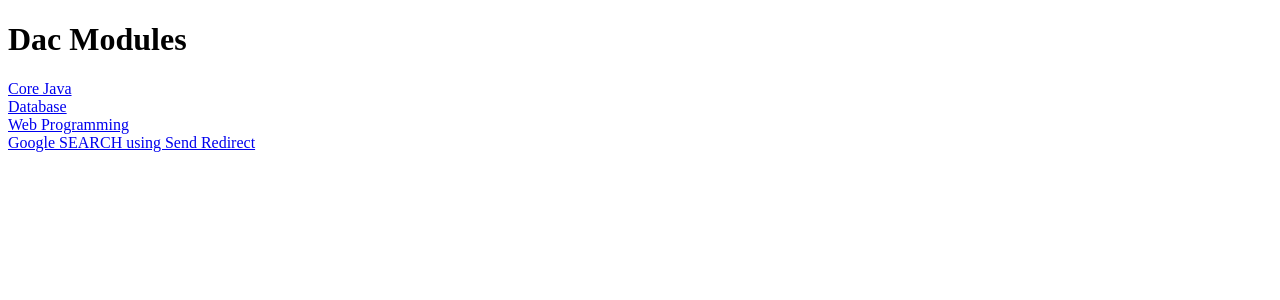
Repository: abhinavkumarlko/eclipse-workspace-AdvJava
Page: MyWebProj/src/main/webapp/Home.html
These files come from the project's save history. The page is drawn as it stood at one moment and after the next save; the edit follows.
The browser window is 1280 px wide. The pictures show the whole page.

Above is the page before, as saved 2023-07-05 04:55:50.

After the next save:
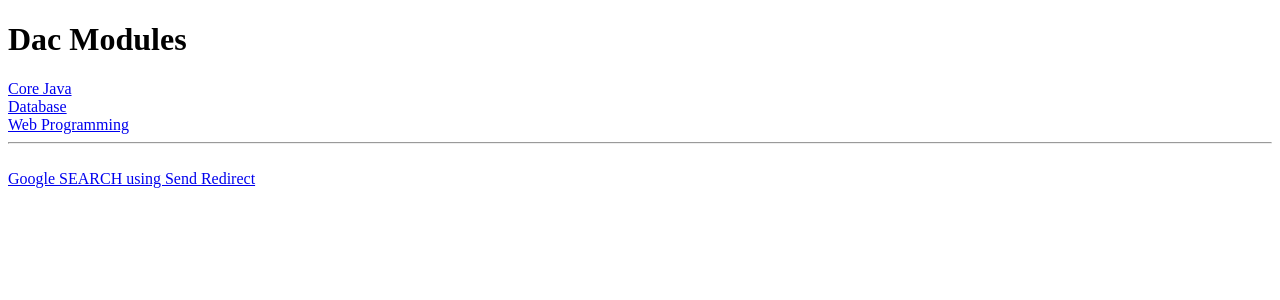
Saved 2 min 28 s later.
--- a/MyWebProj/src/main/webapp/Home.html
+++ b/MyWebProj/src/main/webapp/Home.html
@@ -11,7 +11,9 @@
 	<a href="http://localhost:8080/MyWebProj/dbt">Database</a>
 	<br/>
 	<a href="http://localhost:8080/MyWebProj/wp">Web Programming</a>
-	<br>
+	<br/>
+	<hr/>
+	<br/>
 	<a href="http://localhost:8080/MyWebProj/search"> Google SEARCH using Send Redirect </a>
 </body>
 </html>
